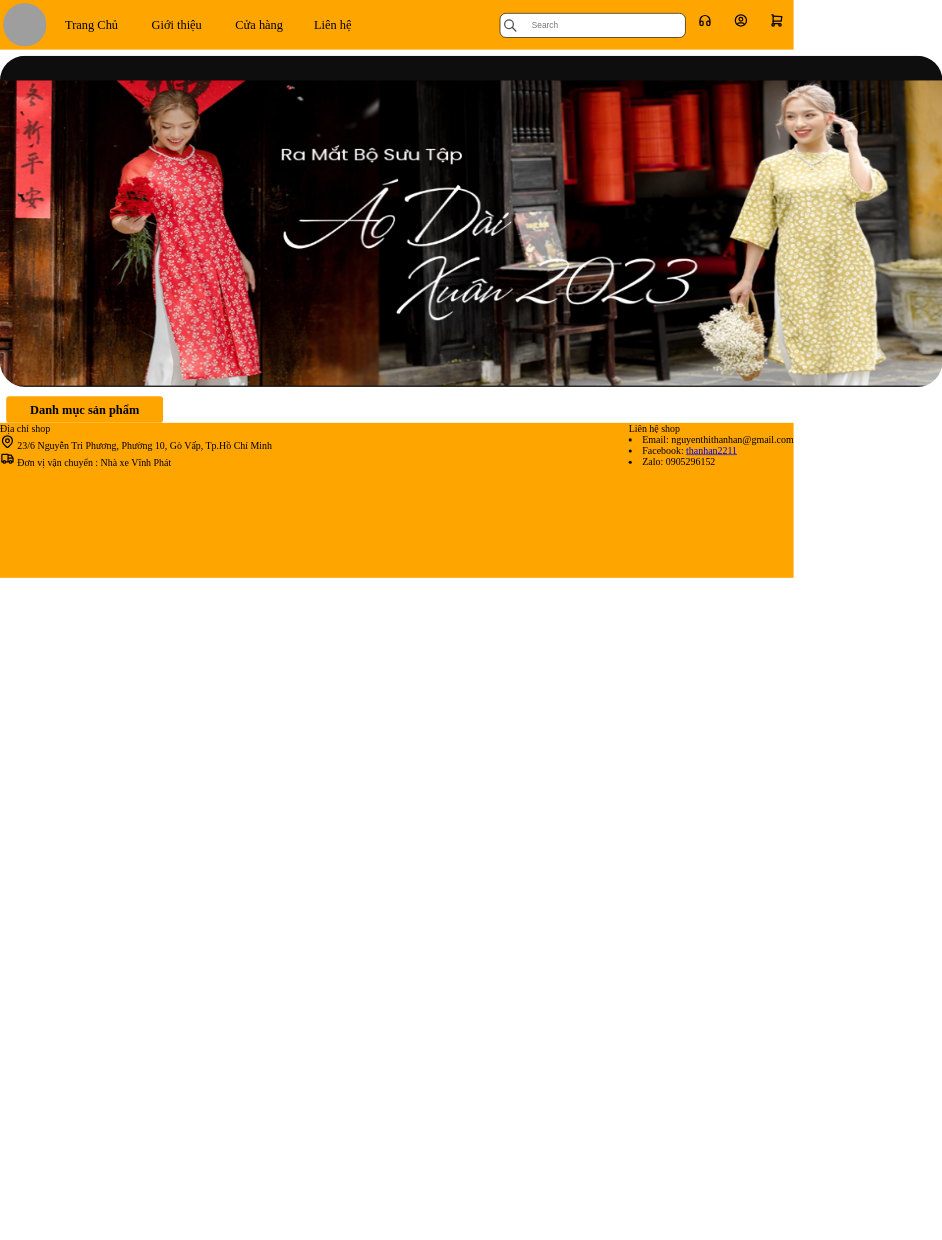
Repository: manhhieu120499/test-page
Page: index.html
An editor plug-in stored every save of this project. The page is shown before and after a run of saves, followed by the edit.
The browser window is 1280 px wide. The page is 1520 px wide, so the pictures cover 1520 px, including what lies to the right of the window. The pictures show the whole page, at 62% of full size.
Pictures or frames that could not be fetched are drawn as grey boxes.

Above is the page before, as saved 2023-01-12 00:26:13.

After the next 2 saves:
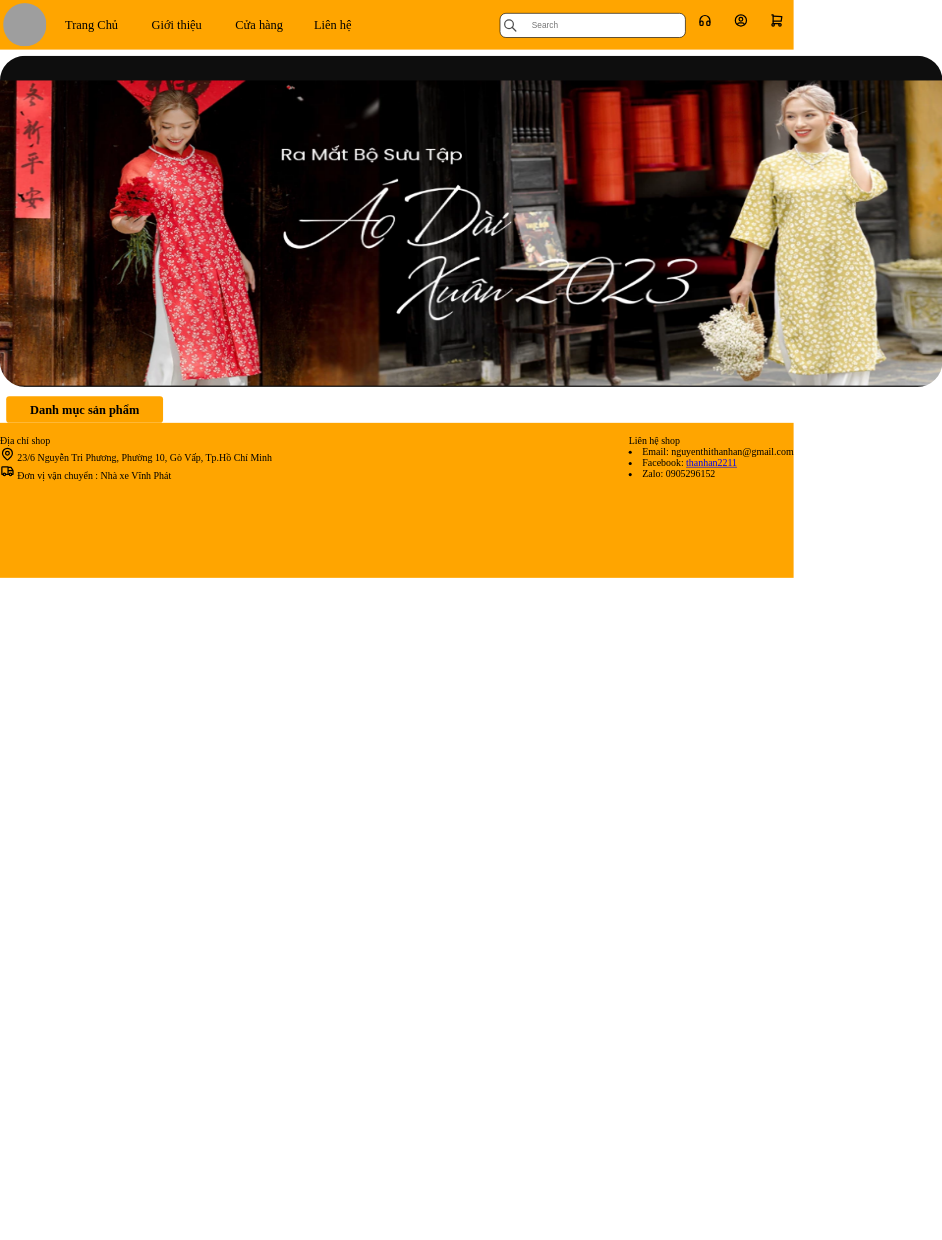
The 2 saves are shown as one change because they came seconds apart.
The last was saved 6 s later.
--- a/style.css
+++ b/style.css
@@ -92,5 +92,5 @@ body {
 }
 
 .address, .contact {
-    mar
+    margin-top: 20px;
 }
